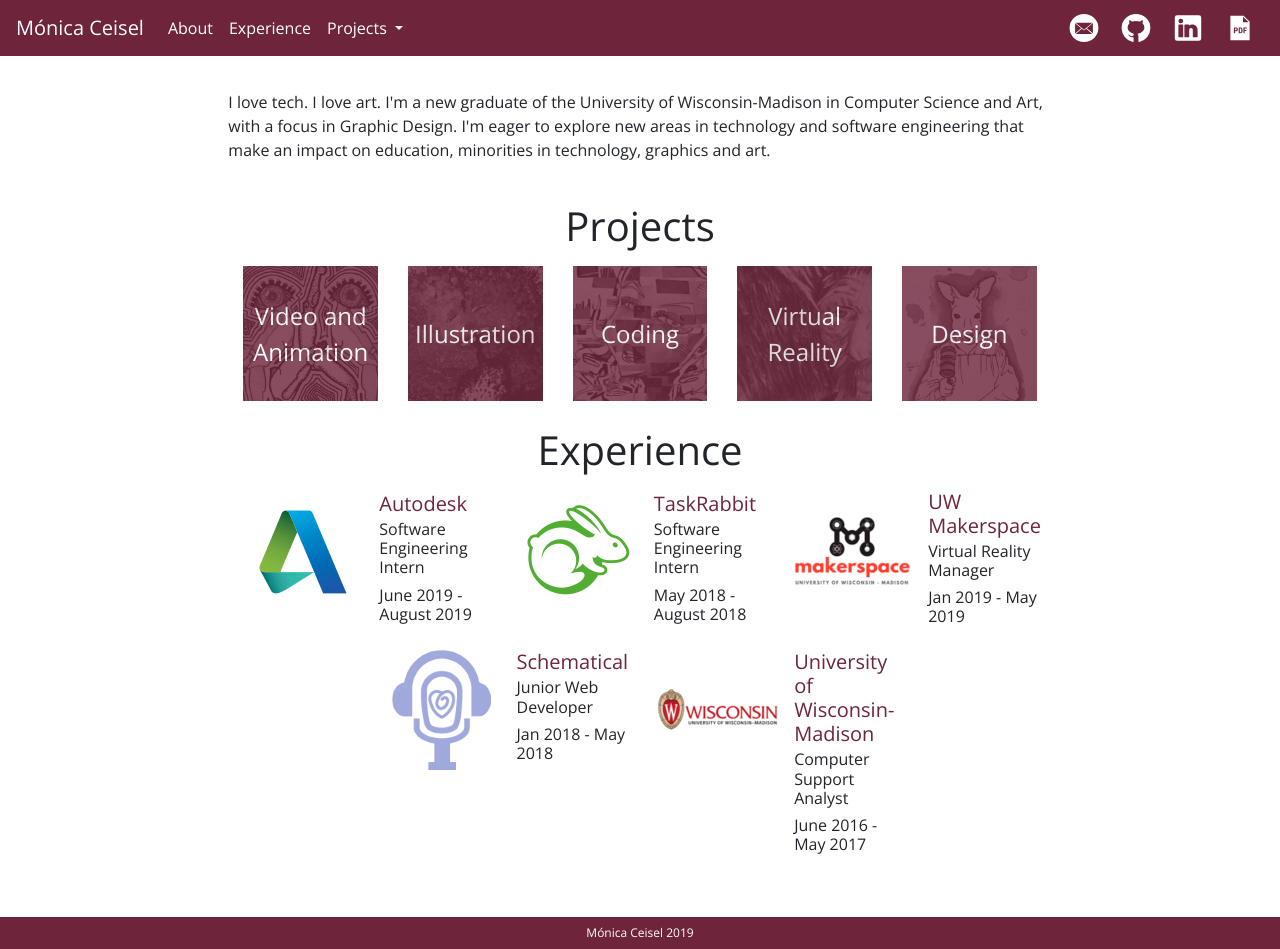
Repository: ceiselm/ceiselm.github.io
Page: index.html
An editor plug-in stored every save of this project. The page is shown before and after the next save, followed by the edit.
The browser window is 1280 px wide. The pictures show the whole page.

Above is the page before, as saved 2019-08-07 23:16:23.

After the next save:
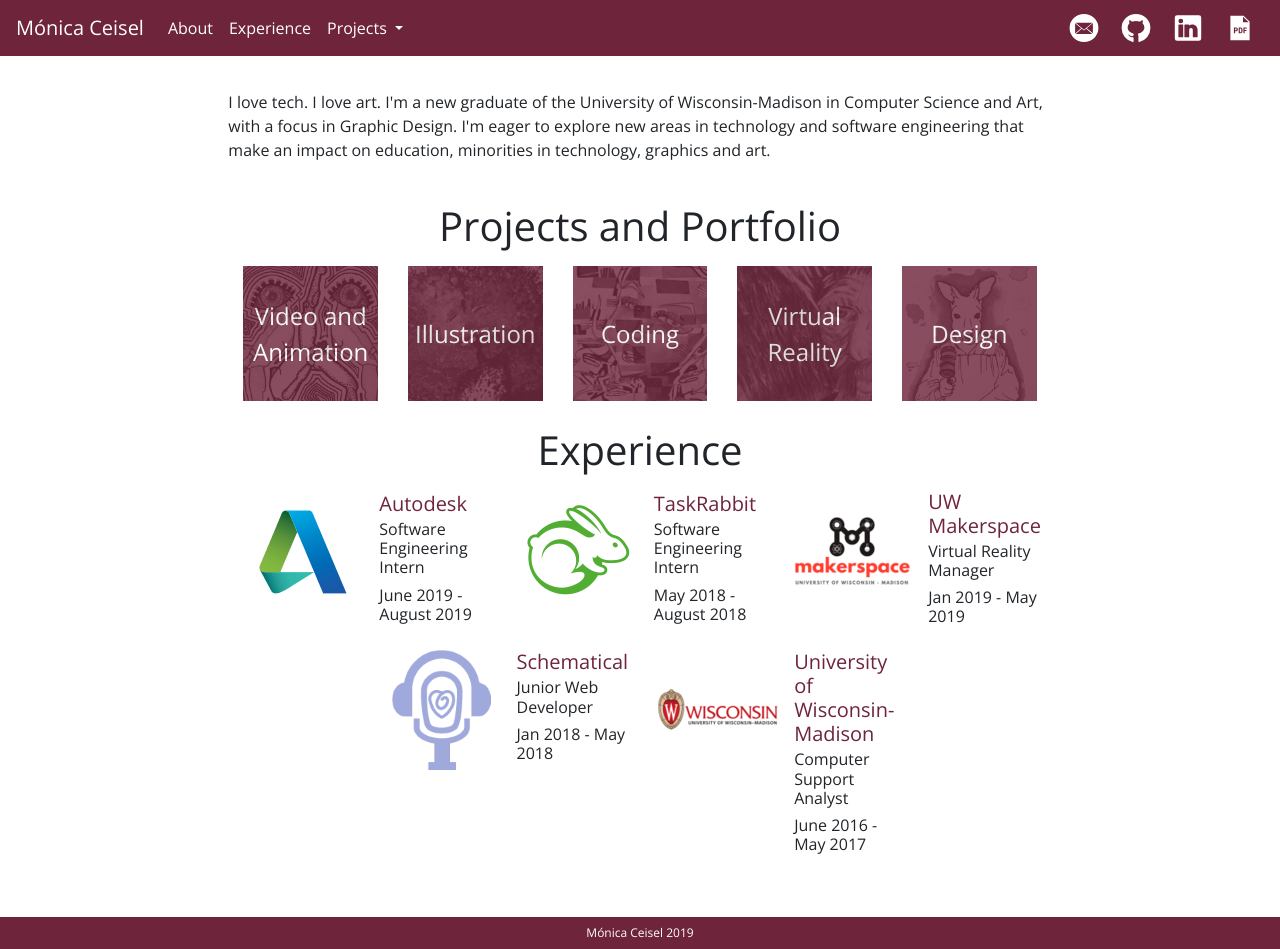
Saved 109 s later.
--- a/index.html
+++ b/index.html
@@ -127,7 +127,7 @@
         <div class="container">
           <div class="row">
             <div class="col-12 text-center">
-              <h1>Projects</h1>
+              <h1>Projects and Portfolio</h1>
               <!-- <p>Lorem ipsum dolor sit amet, consectetur adipisicing elit. Officia, et, placeat !</p> -->
             </div>
           </div>
